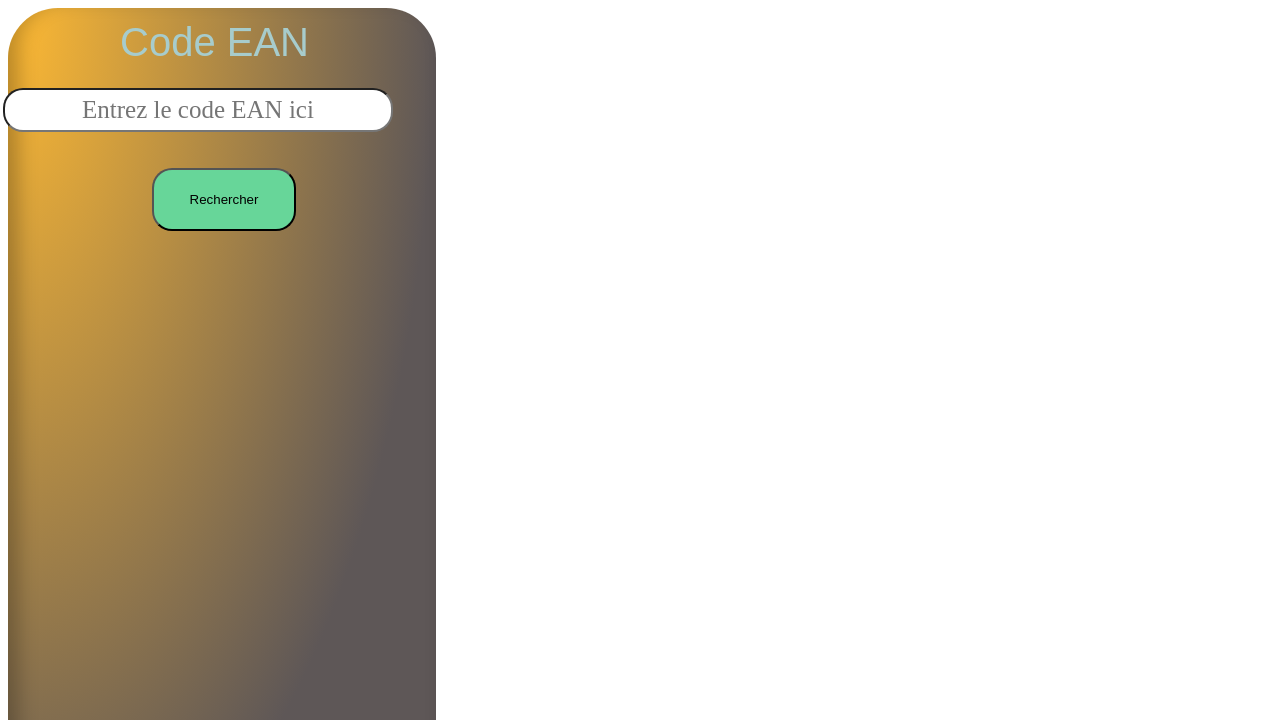
Repository: Zouz01/exo-toucan
Page: index.html
The author's editor kept a copy of each file at every save. The page is drawn from the files as they stood at one save, then again after the next save.
The browser window is 1280 px wide. The pictures show the whole page.

Above is the page before, as saved 2023-09-21 12:29:58.

### index.html
<!DOCTYPE html>
<html lang="fr">
<head>
    <meta charset="UTF-8">
    <meta name="viewport" content="width=device-width, initial-scale=1">
    <title>TOUCAN API</title>
    <link rel="stylesheet" type="text/css" href="main.css">
</head>
<body>
    <div class="container">
        <!-- Formulaire de recherche -->
        <form id="product-form" action="https://fr.openfoodfacts.org/api/v0/product/<<code_EAN_13>>" method="POST">
            <label for="code_ean">Code EAN </label>
            <input type="text" id="code_ean" name="code_ean" placeholder="Entrez le code EAN ici"><!-- Champ de saisie du code EAN -->
            <button type="submit" id="submit">Rechercher</button> <!-- Bouton de soumission du formulaire -->
        </form>

        <!-- Conteneur pour l'affichage de l'image et des informations -->
        <div><img id="img"></div>
        <div id="product-info"></div>
    </div>

    <!-- Inclusion du script JavaScript -->
    <script src="main.js"></script>
   <scrip // Récupérez une référence vers le conteneur de résultat
    var resultContainer = document.getElementById('result-container');

    // Récupérez la hauteur du contenu de #product-info
    var contentHeight = document.getElementById('product-info').offsetHeight;

    // Définissez la hauteur de #result-container en fonction de la hauteur du contenu
    resultContainer.style.height = contentHeight + 'px';</script>

</body>
</html>

### main.css
body {
    font-family: Arial, sans-serif;

}

.container {
    width: 428px;
    height: 926px;
   position: fixed;
    text-align: center;

    background: radial-gradient(100% 100% at 0% 0%, #FFBA33 0%, #5e5757 100%);
   /* background: radial-gradient(100% 100% at 0% 0%, #A6A6A6 0.46%, #000000 78.06%);
    background: linear-gradient(167.94deg, #7AA77E 0%, #476F72 100%);*/

    opacity: 1.8;
    box-shadow: inset 10px -10px 20px rgba(0, 0, 0, 0.25);
    border-radius: 50px;

}

/* position ecriture label*/
label {

    top: 20px;
    font-size: 40px;
    color: rgb(167, 204, 204);
   left: 120px;
    position :fixed;



}
/*position img*/
#img {
    position: relative;
   border-radius: 20px;
   width: 20%;
   top: 600px;
}

/*position retour d'information produit*/
#product-info {
    padding: 20px;
    color: rgb(171, 221, 205);
    font-size: larger;
    text-align: center; /* Centre le texte horizontalement */
}
h2 {
    font-size: xx-large;
    color: #7af3b1;
}
p{
    font-size: larger ;
}

/* Champ de saisie pour entrer le code EAN */
#code_ean {
    position: relative;
   border-radius: 20px;
    width: 382px;
    height: 38px;
   right:24px ;
    top: 80px;
    font-family: 'Montserrat';
font-style: normal;
font-weight: 500;
font-size: 25px;
line-height: 30px;
text-align: center;

color: #0f0d0d;



}

/* Bouton de recherche */
button[type="submit"] {
    position: absolute;
    width: 144px;
    height: 63px;
  background-color: #67d699;
    top: 160px;
    border-radius: 20px;
    right: 140px;



}




/* styles pour les écrans plus grands */
/* @media (min-width: 900px) {
     .container {
        width: 1860px;
        height: 900px;
     }
        button[type="submit"] {
            position: absolute;
    width: 184px;
    height: 83px;
  background-color: #67d699;
    bottom: 50px;
    border-radius: 20px;
    right: 870px;
        }
        #code_ean {
            position: absolute;
           border-radius: 20px;
            width: 1382px;
            height: 68px;
           right:15% ;
            top: 80px;
            font-family: 'Montserrat';
        font-style: normal;
        font-weight: 500;
        font-size: 25px;
        line-height: 30px;
        text-align: center;
        color: #0f0d0d;

 }
 label {

    top: 20px;
    font-size: 40px;
    color: rgb(167, 204, 204);
   left: 800px;
    position :fixed;

}
#product-info {
    position: absolute;
    padding: 50px;
    color:rgb(171, 221, 205);
    top: 200px;
    left: 30%;

 }
 #img {
    position: relative;
   border-radius: 20px;
   max-width: 20%;
   max-height: 10%;
   top: 230px;
   right: 30%;
}
h2 {
    font-size: 50px;
    color: aqua;
}
p{
    font-size: 30px ;
}
} */

### main.js
const form = document.querySelector("#product-form"); //Interagit avec  HTML avec l'id "product-form"
const code_ean = document.querySelector("#code_ean"); //Interagit avec  HTML  avec l'id "code_ean"
const productInfo = document.querySelector("#product-info"); //Interagit avec  HTML avec l'id "les informations produits"
const img = document.querySelector("#img");  //Interagit avec  HTML avec l'id "les images"
const submit = document.querySelector("#submit");  //Interagit avec  HTML avec l'id "Boutton envoi"


submit.addEventListener("click", (e) => { // Ecouteur d'événement sur le bouton d'envoi qui écoute un événement de clic
    e.preventDefault();

    // validation du code
    if (code_ean.value.length !== 13) {
        alert("Le code EAN doit contenir 13 chiffres.");// Le script vérifie si la valeur du champ de saisie du code EAN comporte 13 caractères
        return;                                         // Sinon, il affiche une alerte indiquant que le code EAN doit contenir 13 chiffres.
    }else

// Si code correct alors ...
    // Récupére les informations du produit depuis l'API
    fetch("https://fr.openfoodfacts.org/api/v0/product/" + code_ean.value) //Méthode pour envoyer une requête GET à l'API
        .then((reponse) => reponse.json())   //  Convertit  la réponse de l'API en JSON
        .then((data) => {                    //  Pour accéder aux données.
            let product = data.product;
            img.src = product.image_url;


             //Affiche les informations sur le produit, ( avec innerHTML on definila source de l'éléments)
             productInfo.innerHTML =`
             <h2><b>Nom</b> : ${product.abbreviated_product_name}</h2>
             <p><b>Marque</b> : ${product.brands}</p>
             <p><b>Catégorie</b> : ${product.categories}</p>
             <p><b>Ingrédients</b> : ${product.ingredients_text}</p>`
             console.log (data)
        }); // ${} veut dire interpreter

});

   /*fecht veut dire aller chercher*/

After the next save:
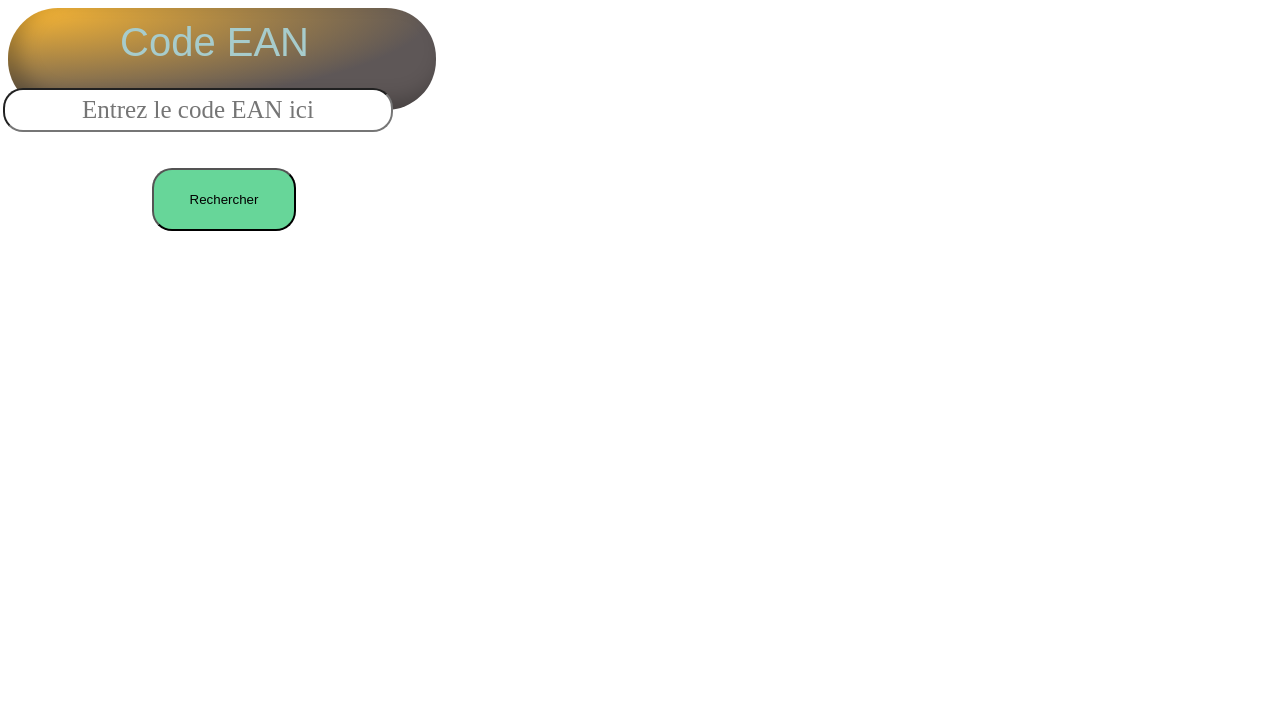
Saved 23 s later.
--- a/main.css
+++ b/main.css
@@ -5,7 +5,7 @@ body {
 
 .container {
     width: 428px;
-    height: 926px;
+
    position: fixed;
     text-align: center;
 
